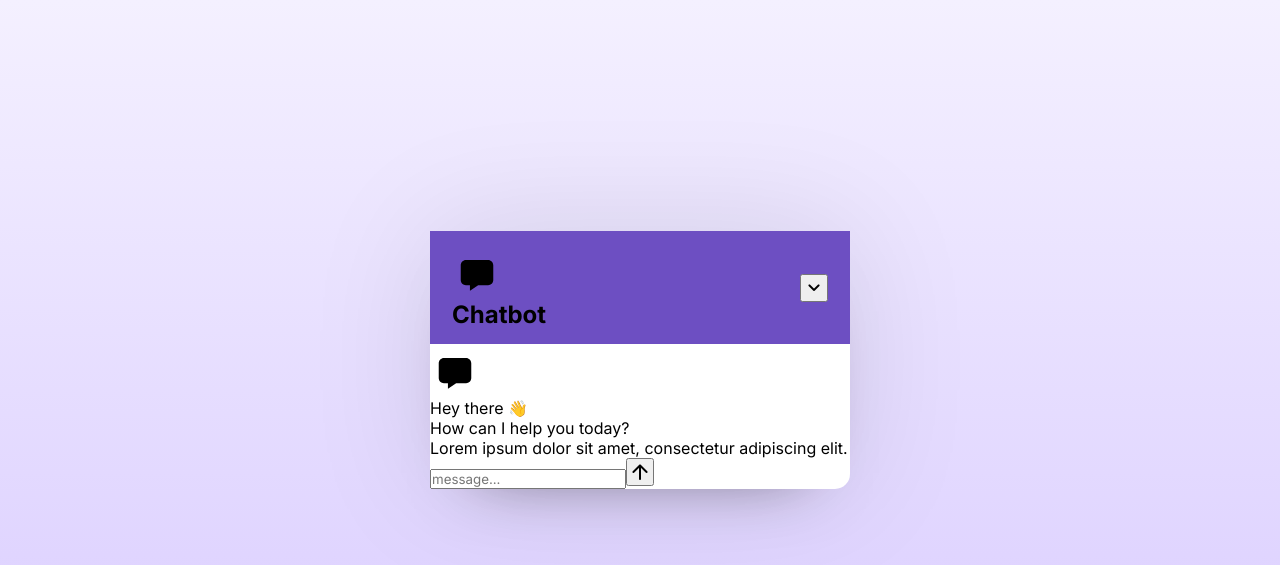
Repository: gogg23/chatbot
Page: / (app in chatbot/)
The author's editor kept a copy of each file at every save. The page is drawn from the files as they stood at one save, then again after the next save.
The browser window is 1280 px wide. The pictures show the whole page.
The project was rebuilt for these pictures with package versions that can differ from the ones it lists, and the page was loaded fresh each time. Also part of the build but not shown: chatbot/vite.config.js.

Above is the page before, as saved 2025-01-11 13:47:34.

After the next save:
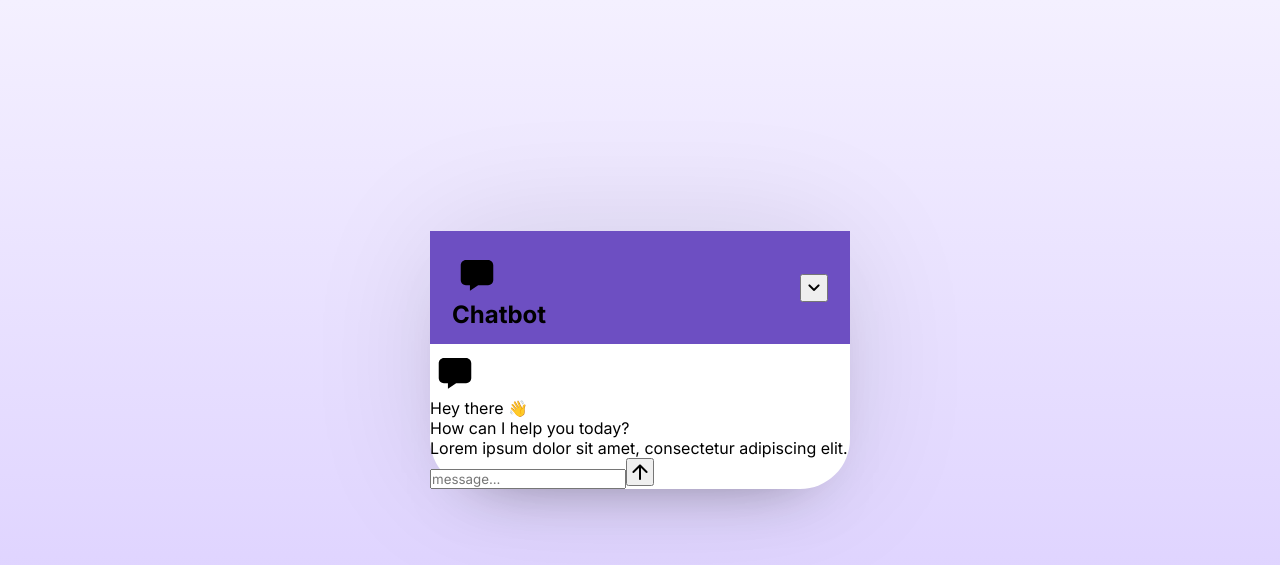
Saved 3 min 24 s later.
--- a/chatbot/src/index.css
+++ b/chatbot/src/index.css
@@ -20,7 +20,7 @@ body {
 .chatbot-popup {
   width: 420px;
   background: #fff;
-  border-radius: 15px;
+  border-radius: 50px;
   box-shadow: 0 0 128px 0 rgba(0, 0, 0, 0.1),
     0 32px 64px -48px rgba(0, 0, 0, 0.5);
 }
